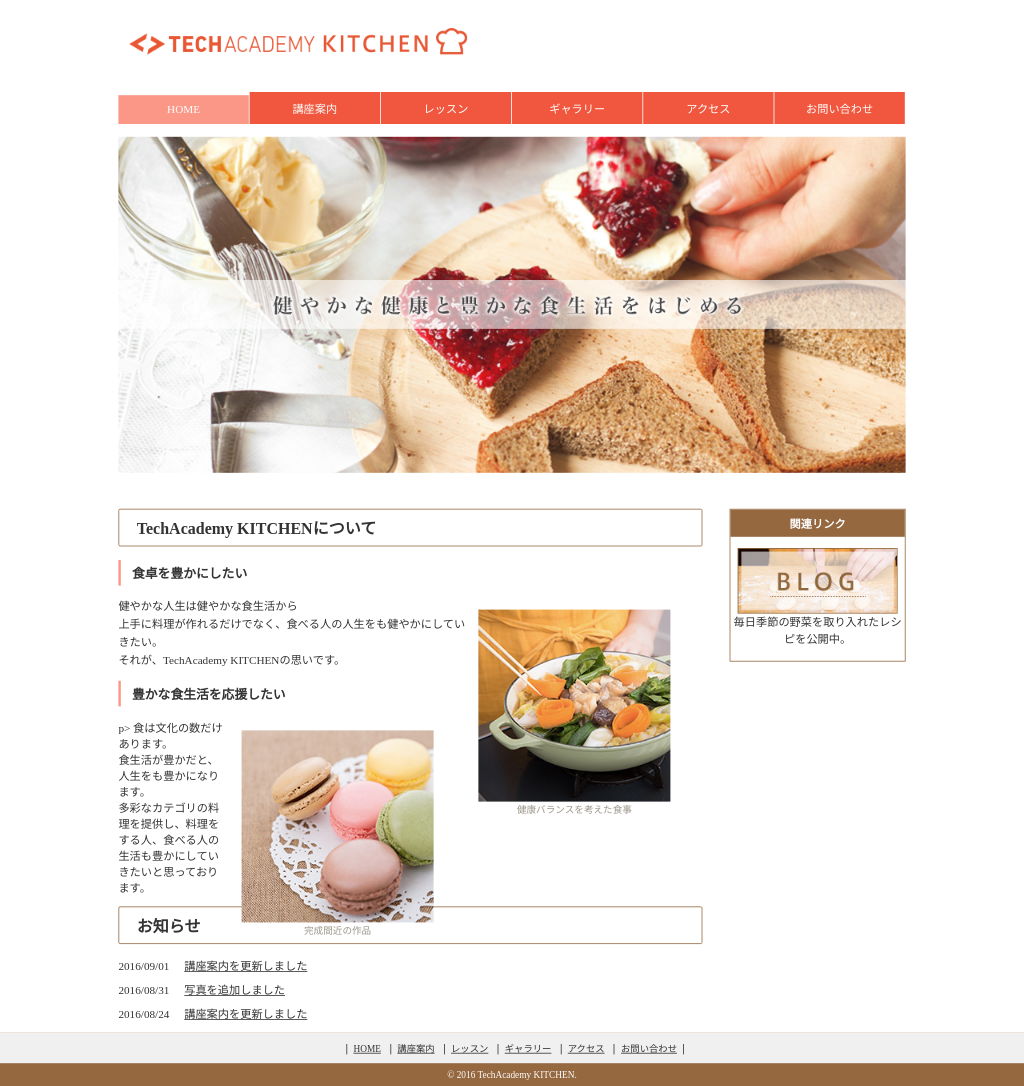
Repository: okugo/kadai-tasklist
Page: kitchen.html
The author's editor kept a record of every edit. The page is drawn from the files as they stood at one moment, then again after the next edit.
The browser window is 1280 px wide. The pictures show the whole page, at 80% of full size.

Above is the page before.

### kitchen.html
<!DOCTYPE html>
<html lang="ja">
    <head>
        <meta charset="UTF-8">
        <title>TechAcademy KITCHEN</title>
        <link rel="stylesheet" href="kitchen.css">
    </head>
    <body>
        <!--ここからヘッダー-->
        <header>
            <h1>
                <a href="kitchin.html"><img src="images_kitchen/logo.png" alt="TechAcademy KITCHEN"></a>
            </h1>
            <nav id="global_navi">
                <ul>
                    <li class="current"><a href="kitchen.html">HOME</a></li><li><a href="course.html">講座案内</a></li><li><a href="lesson.html">レッスン</a></li><li><a href="gallery.html">ギャラリー</a></li><li><a href="access.html">アクセス</a></li><li><a href="contact.html">お問い合わせ</a></li>
                </ul>
            </nav>
        </header>
        <!--ヘッダーここまで-->
        <!--ここからメインビジュアル画像-->
        <div id="main_visual">
            <img src="images_kitchen/main_visual.jpg" alt="健やかな健康と豊かな食生活をはじめる">
        </div>
        <!--メインビジュアル画像ここまで-->
        <!--ここからwrapperー-->
        <div id="wrapper" class="clearfix">
            <!--ここからメイン-->
            <div id="main">
                <section id="point">
                    <h2>TechAcademy KITCHENについて</h2>
                    <section>
                        <h3>食卓を豊かにしたい</h3>
                        <figure>
                            <img src="images_kitchen/photo01.jpg" alt="TechAcademy KITCHENについて1">
                            <figcaption>健康バランスを考えた食事</figcaption>
                        </figure>
                        <p>
                            健やかな人生は健やかな食生活から<br>
                            上手に料理が作れるだけでなく、食べる人の人生をも健やかにしていきたい。<br>
                            それが、TechAcademy KITCHENの思いです。
                        </p>
                    </section>
                    <section>
                        <h3>豊かな食生活を応援したい</h3>
                        <figure>
                            <img src="images_kitchen/photo02.jpg" alt="TechAcademy KITCHENについて2">
                            <figcaption>完成間近の作品</figcaption>
                        </figure>
                        p>
                            食は文化の数だけあります。<br>
                            食生活が豊かだと、人生をも豊かになります。 <br>
                            多彩なカテゴリの料理を提供し、料理をする人、食べる人の生活も豊かにしていきたいと思っております。
                        </p>
                    </section>
                </section>
                <section id="news">
                    <h2>お知らせ</h2>
                    <ul>
                        <li>
                            <span>2016/09/01</span>
                            <a href="course.html">講座案内を更新しました</a>
                        </li>
                        <li>
                            <span>2016/08/31</span>
                            <a href="gallery.html">写真を追加しました</a>
                        </li>
                        <li>
                            <span>2016/08/24</span>
                            <a href="course.html">講座案内を更新しました</a>
                        </li>
                    </ul>
                </section>
            </div>
            <!--メインここまで-->
            <!--ここからサイド-->
            <aside id="sidebar">
                <section id="side_banner">
                    <h2>関連リンク</h2>
                    <ul>
                        <li>
                            <a href="https://techacademy.jp/magazine/" target="_blank"><img src="images_kitchen/banner01.jpg" alt="ブログ"></a>
                            <p>毎日季節の野菜を取り入れたレシピを公開中。</p>
                        </li>
                    </ul>
                </section>
            </aside>
            <!--サイドここまで-->
        </div>
        <!--wrapperここまで-->
        <!--ここからフッター-->
        <footer>
            <div id="footer_navi">
                <ul>
                    <li><a href="kitchen.html">HOME</a></li>
                    <li><a href="course.html">講座案内</a></li>
                    <li><a href="lesson.html">レッスン</a></li>
                    <li><a href="gallery.html">ギャラリー</a></li>
                    <li><a href="access.html">アクセス</a></li>
                    <li><a href="contact.html">お問い合わせ</a></li>
                </ul>
            </div>
            <small>&copy; 2016 TechAcademy KITCHEN.</small>
        </footer>
        <!--フッターここまで-->
    </body>
</html>

### kitchen.css
@charset "UTF-8";
body {
    margin: 0;
    padding: 0;
    color: #333;
    font-size: 14px;
}
a {
    color: #333;
}
a:visited {
    color: #333;
}
a:hover {
    color: #333;
    font-weight: 700;
    text-decoration: none;
}
h1,h2,h3,h4,h5,h6 {
    margin-top: 0;
}
p {
    margin-top: 0;
    line-height: 1.6;
}
img {
    vertical-align: bottom;
}
#main h2 {
    background: #fff;
    font-size: 20px;
    padding: 8px 22px;
    border-radius: 2px;
    border: 1px solid #956840;
}
#main h3 {
    font-size: 16px;
    border-left: solid 3px #fa9786;
    padding: 4px 9px 4px 14px;
}
header {
    width: 984px;
    margin: 0 auto;
}
header h1 {
    margin: 5px 0 10px;
}
#global_navi {
    margin-bottom: 16px;
}
#global_navi ul {
    font-size: 0;
    list-style: none;
    margin: 0;
    padding: 0;
}
#global_navi ul li {
    font-size: 14px;
    display: inline-block;
    width: 163px;
    margin-right: 1px;
    text-align: center;
}
#global_navi ul li a {
    display: block;
    padding: 10px 16px;
    background-color: #f0573e;
    color: #fff;
    text-decoration: none;
    transition: background-color .2s linear;
}
#global_navi ul li.current a {
    background-color: #fa9786;
}
#global_navi ul li a:hover {
    background-color: #fa9786;
}
#main_visual {
    width: 984px;
    height: 440px;
    margin: 0 auto 25px;
}
#wrapper {
    width: 984px;
    margin: 0 auto;
}
#main {
    width: 730px;
    float: left;
}
#sidebar {
    width: 220px;
    float: right;
}
.clearfix::after {
    content: '';
    display: block;
    clear: both;
}
#point figure {
    float: right;
    margin-left: 16px;
}
#point figcaption {
    font-size: 12px;
    color: #9C9689;
    text-align: center;
}
#news ul {
    list-style: none;
    padding: 0;
}
#news li {
    margin-bottom: 10px;
}
#news li a {
    margin-left: 15px;
}
#side_banner ul {
    list-style: none;
    padding: 0;
}
#side_banner {
    margin-bottom: 30px;
    border: 1px solid #956840;
    text-align: center;
}
#side_banner h2 {
    background-color: #956840;
    color: #fff;
    padding: 7px;
    font-size: 14px;
    text-align: center;
}
footer #footer_navi ul {
    list-style: none;
    margin: 0;
    padding: 0;
    text-align: center;
}
footer {
    background-color: #956840;
    text-align: center;
}
footer #footer_navi {
    background-color: #f0f0f0;
    padding: 10px 0;
}

footer #footer_navi li {
    display: inline;
    border-left: solid 1px #333;
    margin-left: 8px;
    padding-left: 8px;
    font-size: smaller;
}
footer #footer_navi li:last-child {
  border-right: solid 1px #333;
  padding: 0 8px;
}
footer small {
    display: inline-block;
    padding: 8px 0;
    color: #fff;
}

After the next edit:
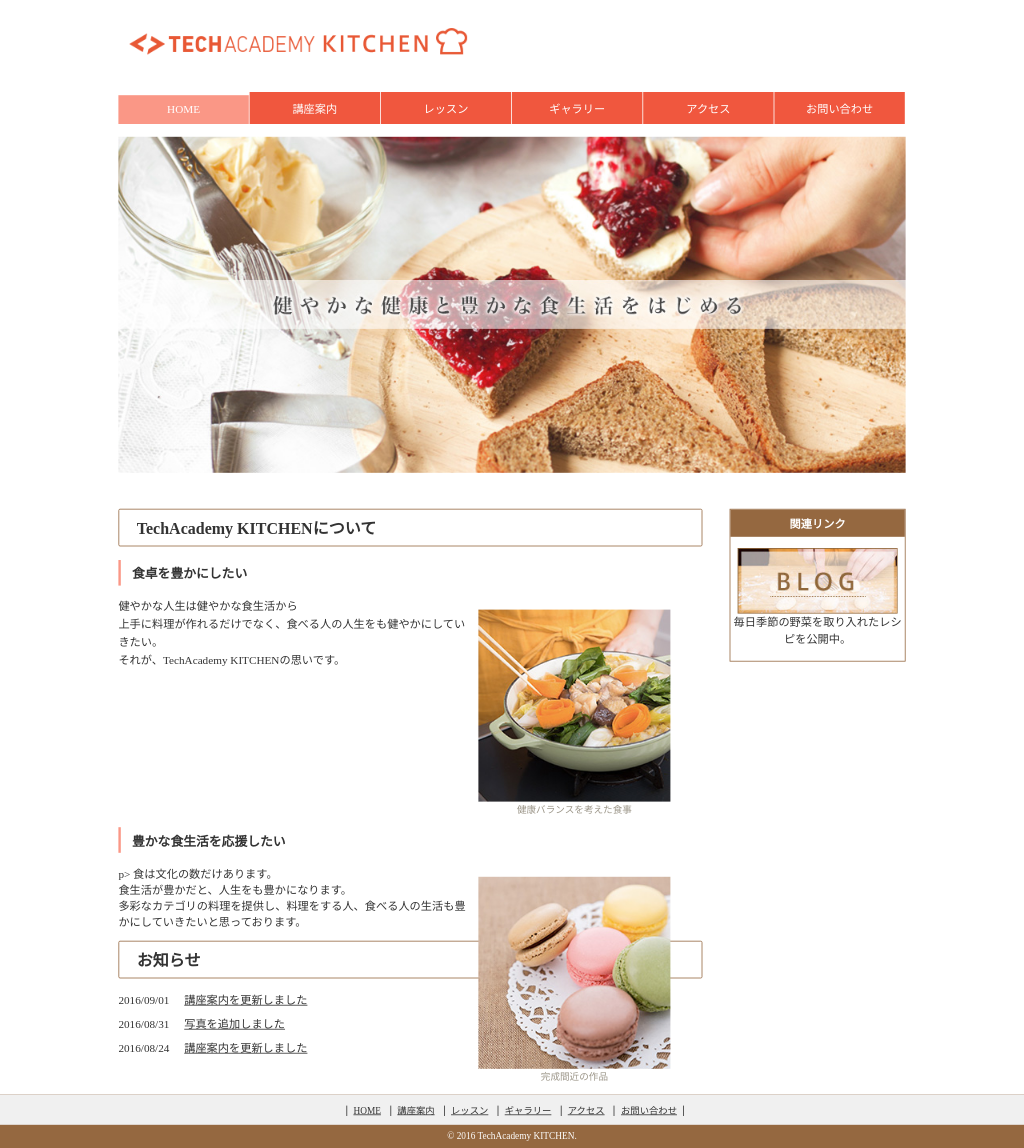
The edit:
--- a/kitchen.html
+++ b/kitchen.html
@@ -29,7 +29,7 @@
             <div id="main">
                 <section id="point">
                     <h2>TechAcademy KITCHENについて</h2>
-                    <section>
+                    <section class="clearfix">
                         <h3>食卓を豊かにしたい</h3>
                         <figure>
                             <img src="images_kitchen/photo01.jpg" alt="TechAcademy KITCHENについて1">
